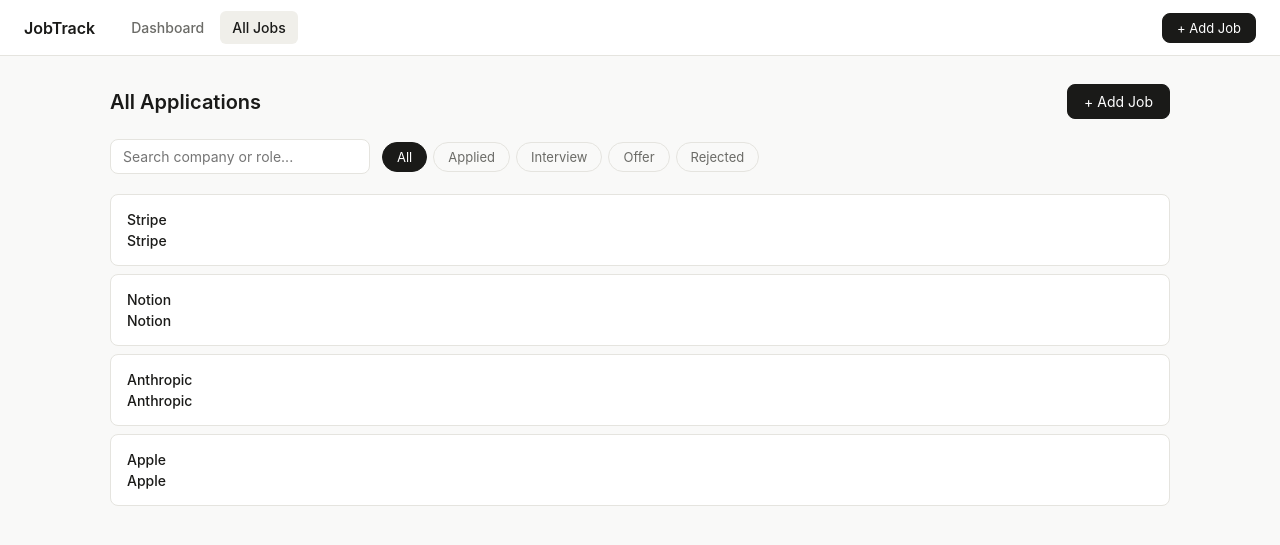
Repository: adtm0/jobtracker
Page: /jobs (app in frontend/)
An editor plug-in stored every save of this project. The page is shown before and after a run of saves, followed by the edit.
The browser window is 1280 px wide. The pictures show the whole page.
The project was rebuilt for these pictures with package versions that can differ from the ones it lists, and the page was loaded fresh each time. Also part of the build but not shown: frontend/vite.config.js, frontend/src/pages/Login.jsx, frontend/src/pages/Register.jsx, frontend/src/pages/Dashboard.jsx, frontend/src/pages/JobForm.jsx.

Above is the page before, as saved 2026-04-19 20:22:56.

After the next 4 saves:
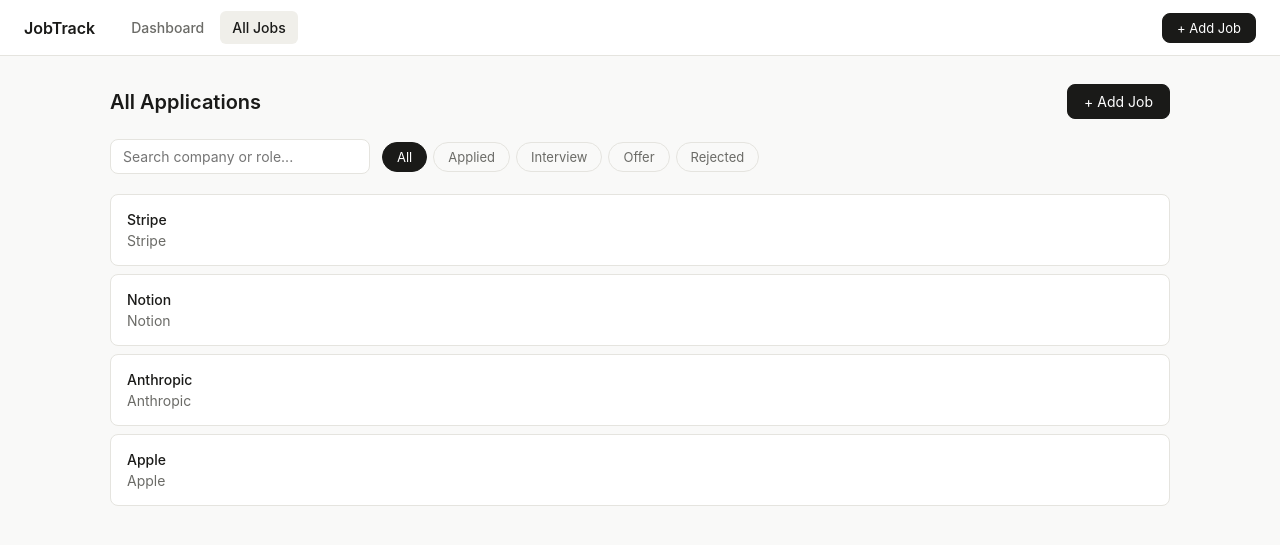
The 4 saves are shown as one change because 2 did not build or start and some came seconds apart.
The last was saved 22 s later.
--- a/frontend/src/pages/Jobs.jsx
+++ b/frontend/src/pages/Jobs.jsx
@@ -138,7 +138,7 @@
             >
               <div style={{flex: 1}}>
                 <div style={{fontWeight: 500}}>{job.company}</div>
-                <div style={{fontWeight: 500}}>{job.company}</div>
+                <div style={{color: '#6b6b67'}}>{job.company}</div>
 
               </div>
             </div>
